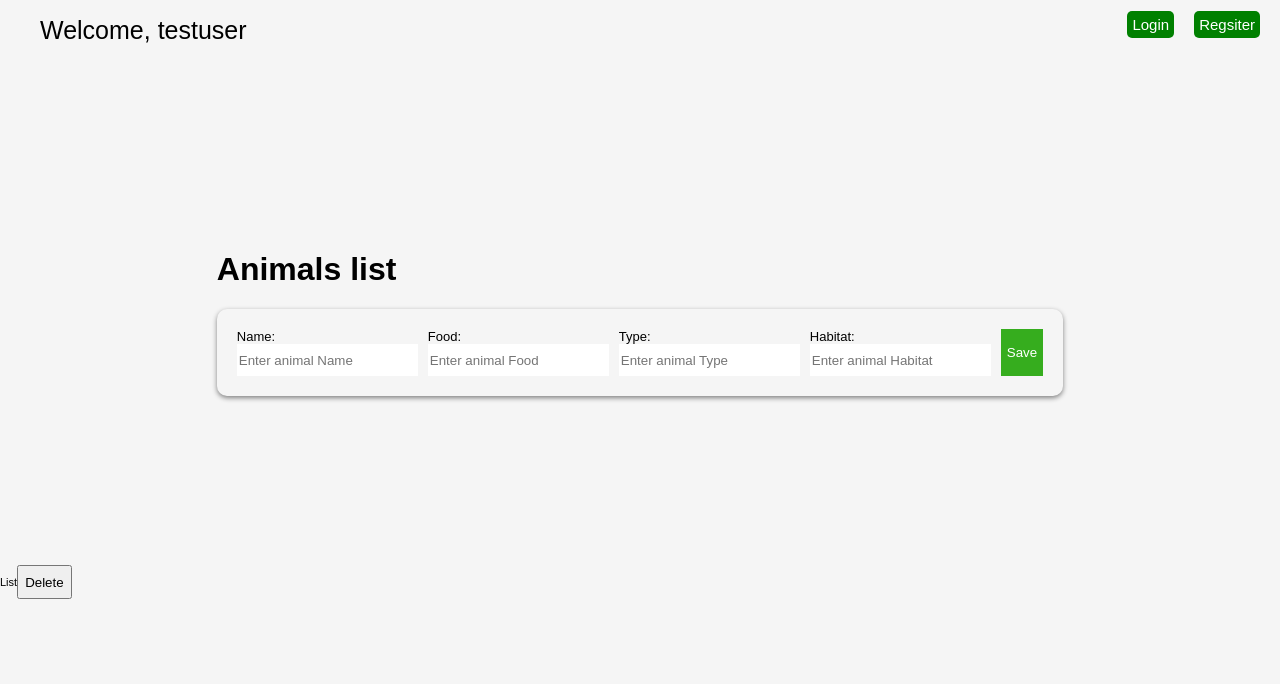
Repository: Dennis-star1001/PHP-CRUD
Page: http://localhost/
An editor plug-in stored every save of this project. The page is shown before and after the next save, followed by the edit.
The browser window is 1280 px wide. The pictures show the whole page.
The page is run by PHP 8.4 with error messages shown; the project is at /var/www/html/. The session is filled in as if someone had signed in: {"id": 1, "username": "testuser"}. Queries for data that is not in the repository find no rows.

Above is the page before, as saved 2022-07-06 20:07:11.

After the next save:
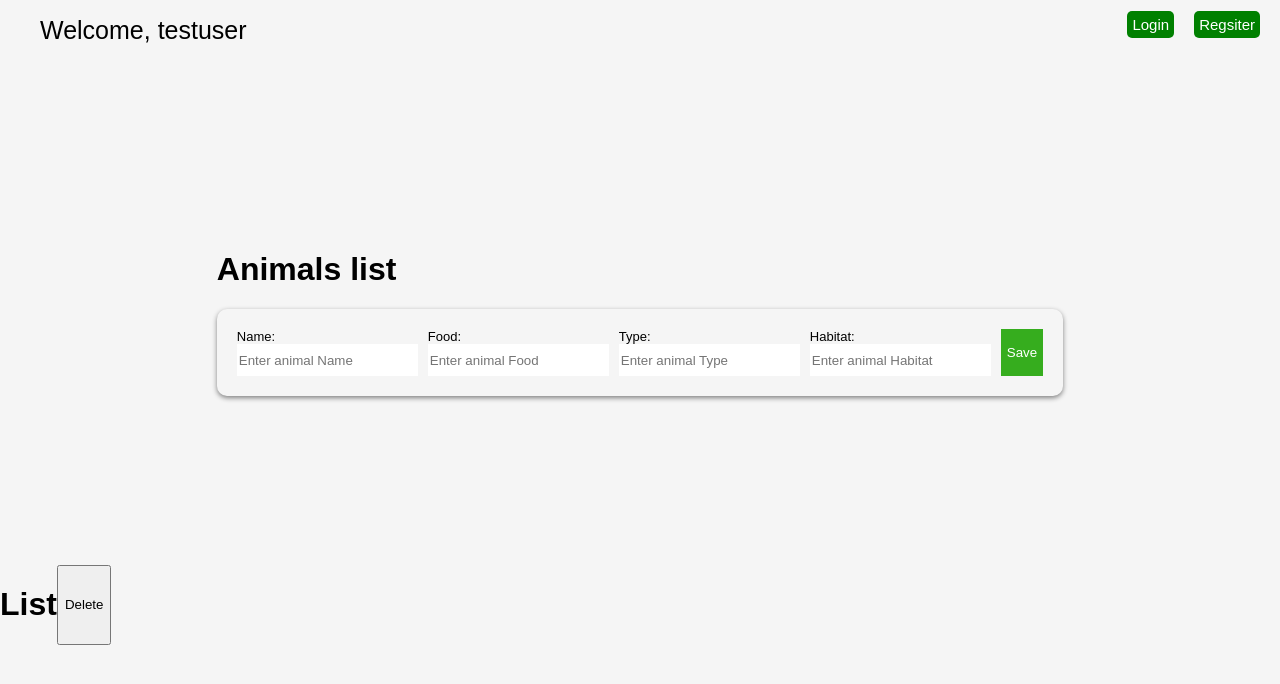
Saved 9 s later.
--- a/index.php
+++ b/index.php
@@ -83,7 +83,7 @@ if (isset($_GET['err'])) {
         </div>
         <div>
             <div class="animal-output">
-                <p>List</p>
+                <h1>List</h1>
                 <button>Delete</button>
             </div>
             <?php
